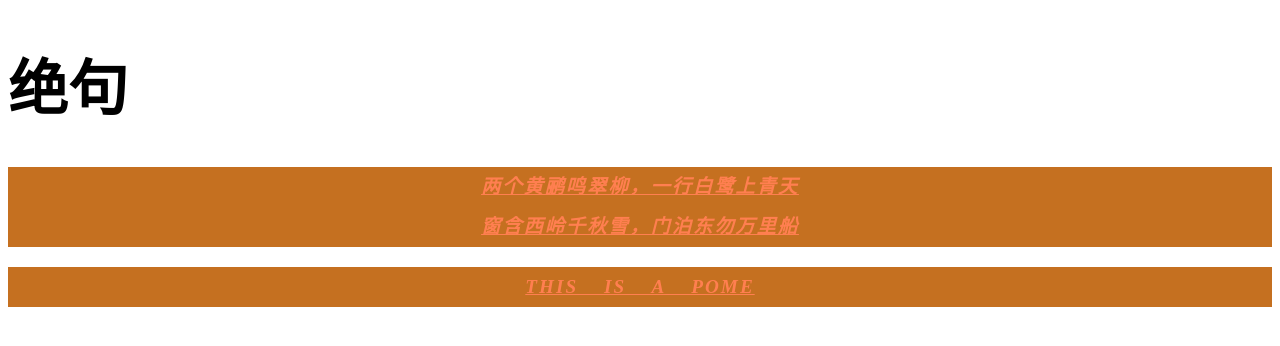
Repository: ljx1197678031/Wed-Design
Page: 01/3.html
The author's editor kept a copy of each file at every save. The page is drawn from the files as they stood at one save, then again after a run of saves.
The browser window is 1280 px wide. The pictures show the whole page.

Above is the page before, as saved 2020-06-01 22:20:51.

### 01/3.html
<!DOCTYPE html>
<html lang="en">
<head>
    <meta charset="UTF-8">
    <meta name="viewport" content="width=device-width, initial-scale=1.0">
    <title>Document</title>
    <style>
        h1{
            font-family: "仿宋";
            font-size: 60px;
        }
        p{
            font-family: "微软雅黑";
            font-size: larger;
            font-style: italic;
            font-weight: bolder;
            color: coral;
            letter-spacing:2px;/*定义字与字之间的距离*/
            word-spacing: 1em;/*定义字与字之间的空格的距离(英文)*/
            text-decoration:underline;
            text-align: center;
            text-transform: uppercase;
            line-height: 40px;
            background-color:rgb(197, 112, 32);
        }
    </style>
</head>
<body>
    <h1>绝句</h1>
    <p>两个黄鹂鸣翠柳，一行白鹭上青天
    <br/>窗含西岭千秋雪，门泊东勿万里船
    </p>
    <P>this is a pome</P>
</body>
</html>

After the next 9 saves:
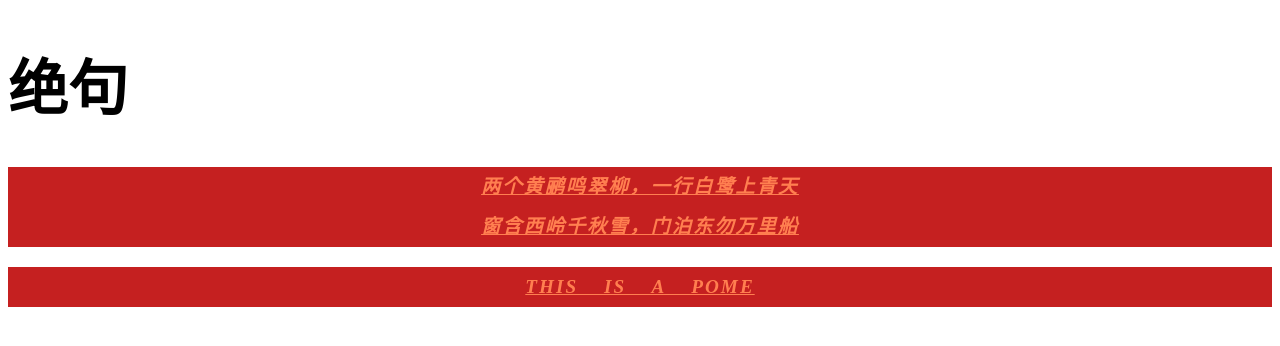
The 9 saves are shown as one change because they came seconds apart.
The last was saved 30 s later.
--- a/01/3.html
+++ b/01/3.html
@@ -21,7 +21,7 @@
             text-align: center;
             text-transform: uppercase;
             line-height: 40px;
-            background-color:rgb(197, 112, 32);
+            background-color:rgb(197, 32, 32);
         }
     </style>
 </head>
